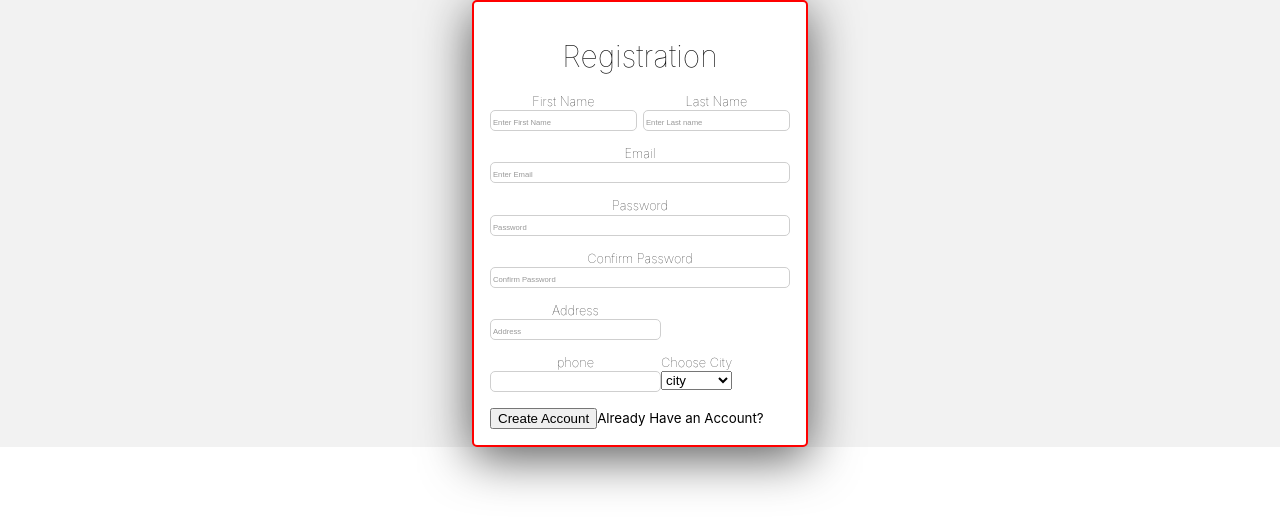
Repository: Fortune-Labs/Event-management-system-CapstoneG3
Page: / (app in frontend/)
The author's editor kept a copy of each file at every save. The page is drawn from the files as they stood at one save, then again after the next save.
The browser window is 1280 px wide. The pictures show the whole page.
The project was rebuilt for these pictures with package versions that can differ from the ones it lists, and the page was loaded fresh each time.

Above is the page before, as saved 2020-09-03 01:36:58.

After the next save:
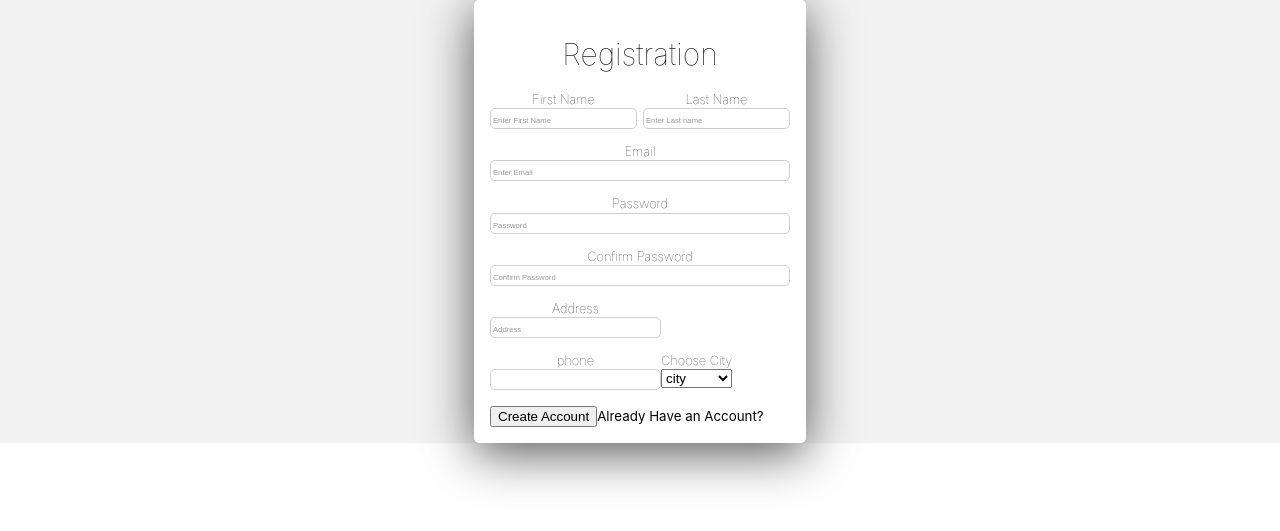
Saved 40 s later.
--- a/frontend/src/components/LoginSignup/style.css
+++ b/frontend/src/components/LoginSignup/style.css
@@ -11,7 +11,7 @@
 .wrapper > div {
   display: inline-block;
   padding: 1em;
-  border: 2px solid #f00;
+  border: 2px ;
 }
 .form-wrapper {
   width: 300px;
